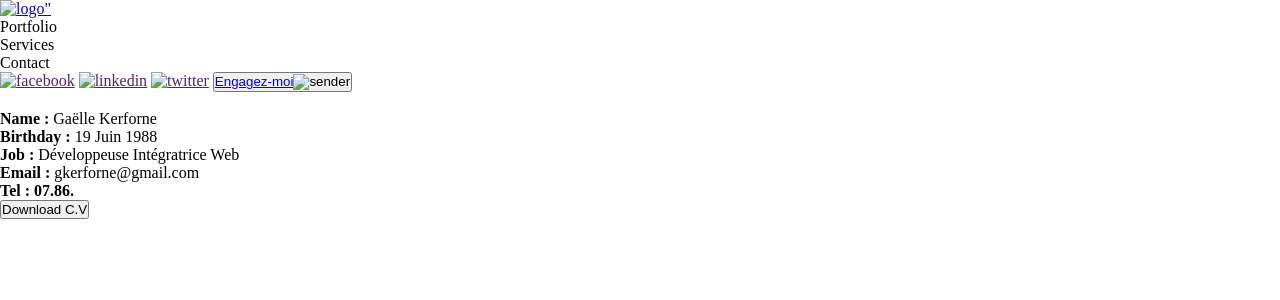
Repository: helfina/my_SiteWeb_gaelle-kfe
Page: index.html
The author's editor kept a copy of each file at every save. The page is drawn from the files as they stood at one save, then again after the next save.
The browser window is 1280 px wide. The pictures show the whole page.

Above is the page before, as saved 2020-11-08 11:31:20.

### index.html
<!DOCTYPE html>
<html lang="en">
<head>
    <meta charset="UTF-8">
    <meta name="viewport" content="width=device-width, initial-scale=1.0">
    <link rel="stylesheet" href="assets/css/style.css">

    <title>Gaëlle Kerforne étudiante Freelances</title>


</head>
<body>
    <!-------------------------------------------------------------
                                HEADER
    -------------------------------------------------------------->
    <header>
        <nav>
            <a href="index.html"><img src="" alt=logo"></a>
            <ul>
                <li><a href=""></a>Portfolio</li>
                <li><a href=""></a>Services</li>
                <li><a href=""></a>Contact</li>
            </ul>
            <a href=""><img src="" alt="facebook"></a>
            <a href=""><img src="" alt="linkedin"></a>
            <a href=""><img src="" alt="twitter"></a>

            <button><a href="mailto:gkerforne@gmail.com">Engagez-moi</a><img src="" alt="sender"></button>

        </nav>
    </header>
    <main>
        <section>
            <h1></h1>
            <h2></h2>
            <img src="" alt="">
            <ul>
                <li><strong>Name : </strong> Gaëlle Kerforne</li>
                <li><strong>Birthday : </strong> 19 Juin 1988</li>
                <li><strong> Job : </strong> Développeuse Intégratrice Web</li>
                <li><a href="mailto:gkerforne@gmail.com"></a><strong>Email : </strong> gkerforne@gmail.com</li>
                <li><a href="tel:0786598911"></a><strong>Tel : 07.86.</strong></li>
            </ul>
            <button><a href="" download=""></a>Download C.V</button>
        </section>
        <section>
            <h3></h3>
            <h3></h3>
            <div>
                <article>

                </article>
            </div>
            <div>
                <article>

                </article>
            </div>
        </section>
    </main>
</body>
</html>

### assets/css/style.css
/*
                    RESET CSS
*/
* {
  margin: 0;
  padding: 0;
  outline: 0;
  box-sizing: border-box;
}

body {
 background: ;
 color: ;
 -webkit-font-smoothing: antialiased;
}

body, input, button {
 font-size: ;
 font-family: ;
}

button {
 cursor: pointer;
}
/*
                   Index
*/

After the next save:
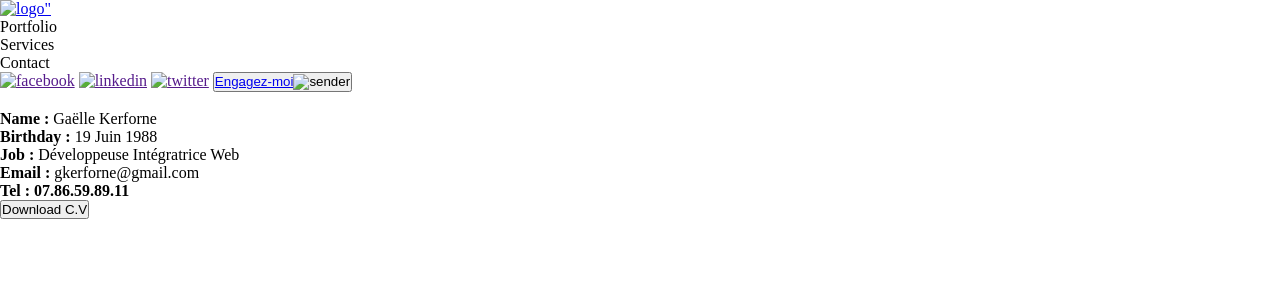
Saved 14 s later.
--- a/index.html
+++ b/index.html
@@ -39,7 +39,7 @@
                 <li><strong>Birthday : </strong> 19 Juin 1988</li>
                 <li><strong> Job : </strong> Développeuse Intégratrice Web</li>
                 <li><a href="mailto:gkerforne@gmail.com"></a><strong>Email : </strong> gkerforne@gmail.com</li>
-                <li><a href="tel:0786598911"></a><strong>Tel : 07.86.</strong></li>
+                <li><a href="tel:0786598911"></a><strong>Tel : 07.86.59.89.11</strong></li>
             </ul>
             <button><a href="" download=""></a>Download C.V</button>
         </section>
